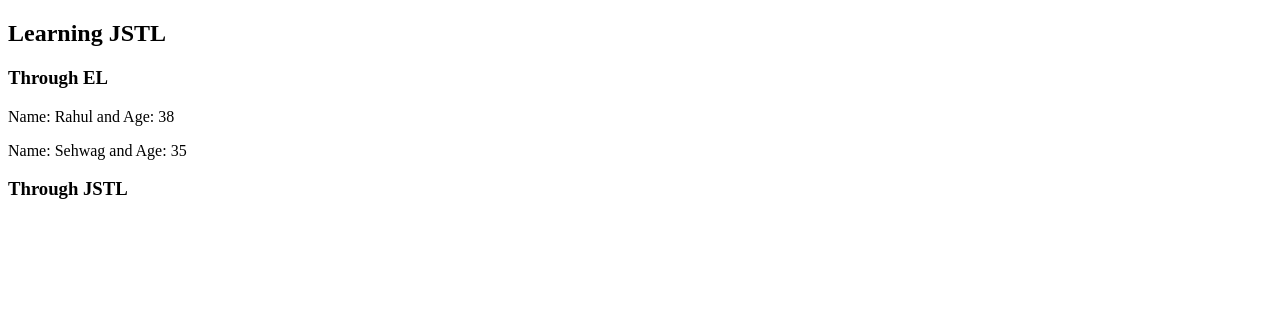
Repository: nikant20/Training
Page: http://localhost/javaee-jsp-demo/LearningJSTLServlet
The author's editor kept a copy of each file at every save. The page is drawn from the files as they stood at one save, then again after the next save.
The browser window is 1280 px wide. The pictures show the whole page.
The page is served by Tomcat 9. Other server files are loaded and not shown.

Above is the page before, as saved 2018-09-20 11:26:24.

### javaee-jsp-demo/WebContent/jstldemo.jsp
<%@ page language="java" contentType="text/html; charset=ISO-8859-1"
    pageEncoding="ISO-8859-1"%>
<!DOCTYPE html>
<html>
<head>
<meta charset="ISO-8859-1">
<title>Insert title here</title>
</head>
<body>
	<h2>Learning JSTL</h2>
	<h3>Through EL</h3>
	<p>Name: ${allUsers[0].userName} and Age: ${allUsers[0].age}</p>
	<p>Name: ${allUsers[1].userName} and Age: ${allUsers[1].age}</p>
	<h3>Through JSTL</h3>
	<%@taglib uri="http://java.sun.com/jsp/jstl/core" prefix="core" %>

	<core:forEach var="u" items="${allUsers}">

	</core:forEach>


</body>
</html>

### javaee-jsp-demo/src/com/opteamix/beans/LearningJSTLServlet.java
package com.opteamix.beans;

import java.io.IOException;
import javax.servlet.ServletException;
import javax.servlet.annotation.WebServlet;
import javax.servlet.http.HttpServlet;
import javax.servlet.http.HttpServletRequest;
import javax.servlet.http.HttpServletResponse;
import javax.servlet.http.HttpSession;

@WebServlet("/LearningJSTLServlet")
public class LearningJSTLServlet extends HttpServlet {
	private static final long serialVersionUID = 1L;


	protected void doGet(HttpServletRequest request, HttpServletResponse response) throws ServletException, IOException {
		User user1 = new User("Rahul", 38);
		User user2 = new User("Sehwag",35);

		User[] users = {user1,user2};

		HttpSession session = request.getSession();
		session.setAttribute("allUsers", users);
		request.getRequestDispatcher("jstldemo.jsp").forward(request, response);


	}

}

### javaee-jsp-demo/src/com/opteamix/beans/User.java
package com.opteamix.beans;

public class User {

	private String userName;
	private int age;
	public User() {
		super();
	}
	public User(String userName, int age) {
		super();
		this.userName = userName;
		this.age = age;
	}
	public String getUserName() {
		return userName;
	}
	public void setUserName(String userName) {
		this.userName = userName;
	}
	public int getAge() {
		return age;
	}
	public void setAge(int age) {
		this.age = age;
	}
}

After the next save:
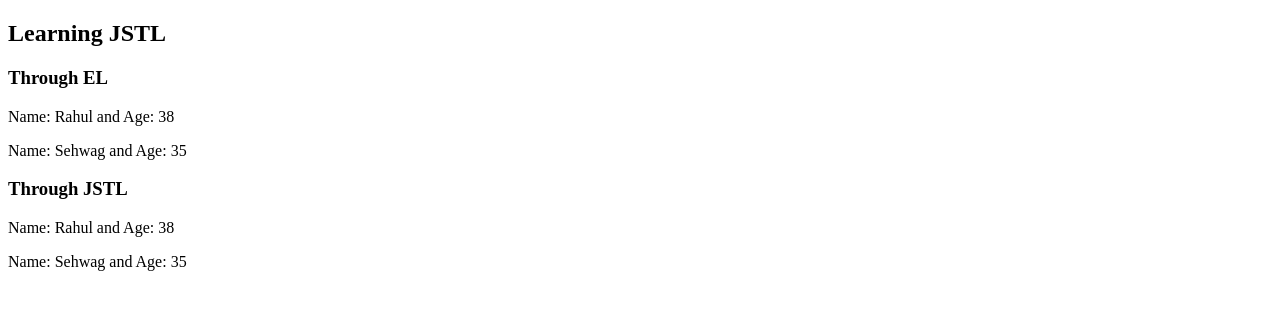
Saved 59 s later.
--- a/javaee-jsp-demo/WebContent/jstldemo.jsp
+++ b/javaee-jsp-demo/WebContent/jstldemo.jsp
@@ -15,7 +15,7 @@
 	<%@taglib uri="http://java.sun.com/jsp/jstl/core" prefix="core" %>
 
 	<core:forEach var="u" items="${allUsers}">
-
+		<p>Name: ${u.userName} and Age: ${u.age}</p>
 	</core:forEach>
 
 
